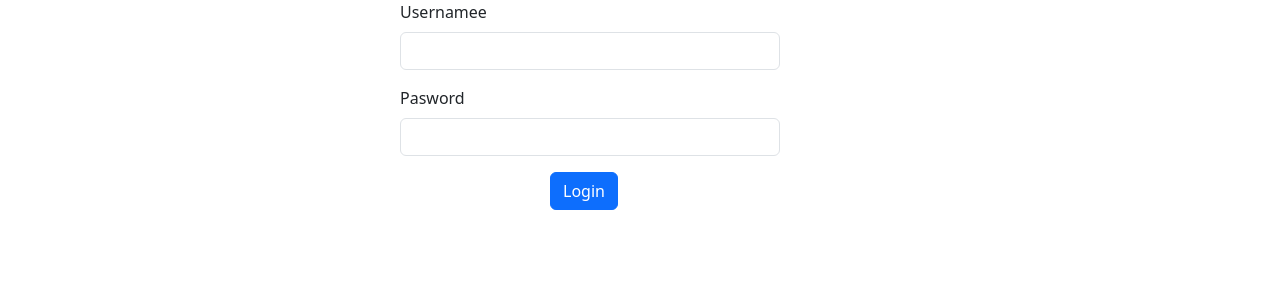
Repository: manit4/cris_batch2
Page: http://localhost/jsp_security/views/index.jsp
An editor plug-in stored every save of this project. The page is shown before and after the next save, followed by the edit.
The browser window is 1280 px wide. The pictures show the whole page.
The page is served by Tomcat 9.

Above is the page before, as saved 2024-03-01 05:08:43.

After the next save:
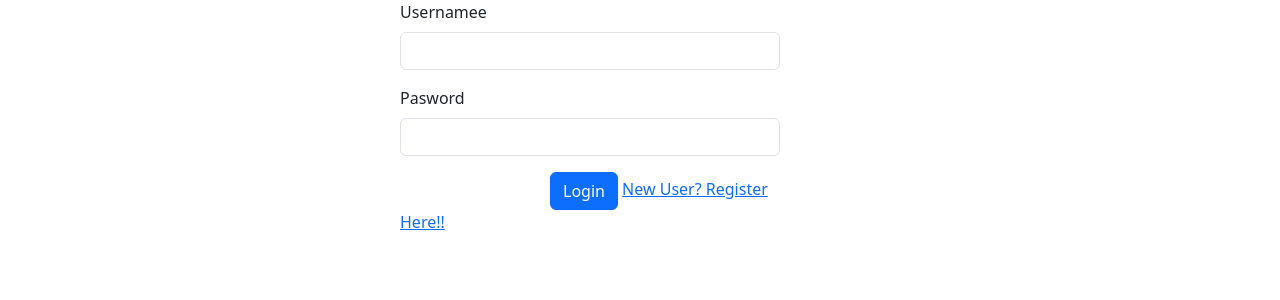
Saved 39 s later.
--- a/jsp_security/src/main/webapp/views/index.jsp
+++ b/jsp_security/src/main/webapp/views/index.jsp
@@ -23,6 +23,8 @@
 			</label> <input type="password" class="form-control">
 	</div>
 	<button style="margin-left: 150px" type="button" class="btn btn-primary">Login</button>
+
+	<a href="">New User? Register Here!!</a>
 	</div>
 </body>
 </html>
